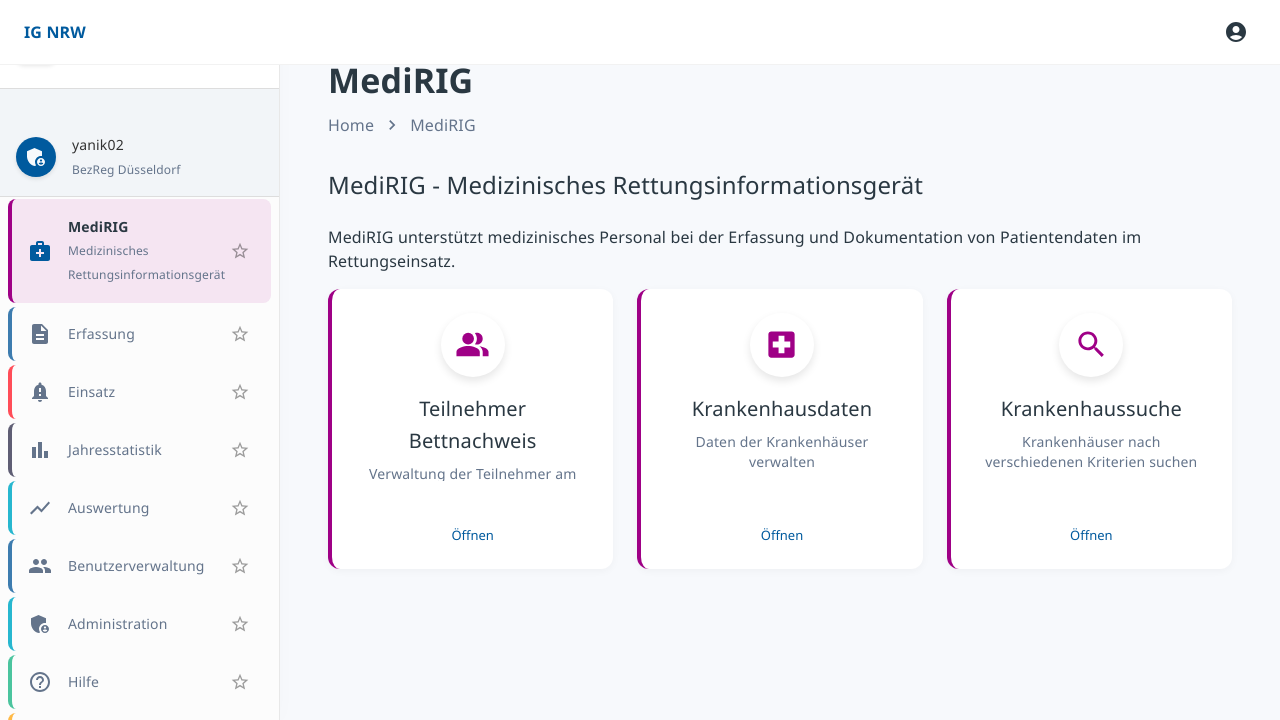
Repository: bynrw/sidebar
Page: /medirig
The author's editor kept a copy of each file at every save. The page is drawn from the files as they stood at one save, then again after the next save.
The browser window is 1280 px wide. The pictures show the whole page.
The project was rebuilt for these pictures with package versions that can differ from the ones it lists, and the page was loaded fresh each time. Also part of the build but not shown: src/components/pages/HomePage.js, src/components/pages/Info.js, src/components/pages/Jahresstatistik.js.

Above is the page before, as saved 2025-04-23 10:45:37.

After the next save:
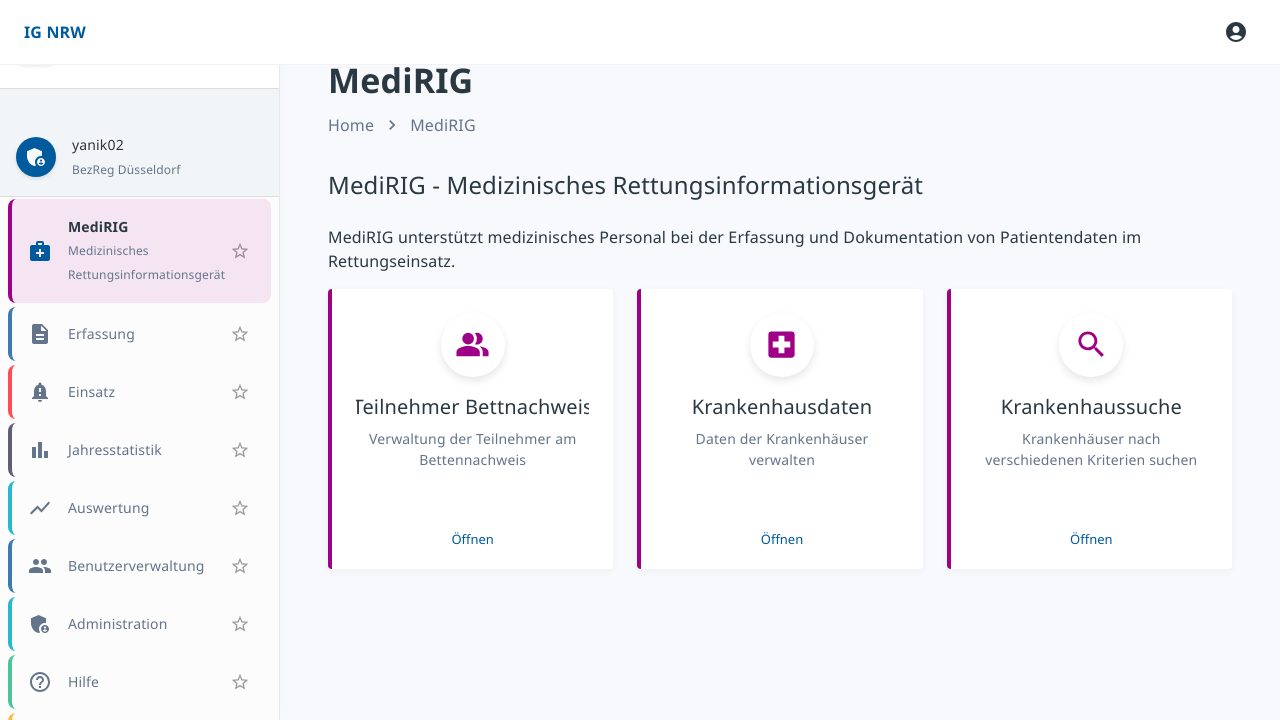
Saved 3 min 13 s later.
--- a/src/components/layout/CustomCard.js
+++ b/src/components/layout/CustomCard.js
@@ -41,8 +41,8 @@ const CustomCard = ({
       sx={{
         display: 'flex',
         flexDirection: 'column',
-        height: '280px', // Feste Höhe statt minHeight
-        width: '100%',
+        height: 280, // Feste Höhe als Zahl für konsistentere Anwendung
+        m: 0, // Keine Margins für konsistentere Größe
         transition: 'transform 0.2s, box-shadow 0.2s',
         '&:hover': {
           transform: 'translateY(-5px)',
@@ -51,19 +51,21 @@ const CustomCard = ({
         cursor: path || onClick ? 'pointer' : 'default',
         borderLeft: '4px solid',
         borderColor: accentColor,
-        position: 'relative' // Für absolute Positionierung des Buttons
+        position: 'relative', // Für absolute Positionierung des Buttons
+        borderRadius: '4px',
+        overflow: 'hidden' // Verhindert jegliches Überlaufen
       }}
       onClick={handleClick}
     >
       <CardContent sx={{
-        padding: 3,
-        flexGrow: 0,  // Verhindert, dass der Inhalt die Höhe verändert
+        p: 3,
+        height: path ? 'calc(100% - 48px)' : '100%', // Feste Höhe, abzüglich der Aktionsleiste falls vorhanden
+        boxSizing: 'border-box', // Wichtig: Padding ist Teil der Höhe
         display: 'flex',
         flexDirection: 'column',
         alignItems: 'center',
         textAlign: 'center',
-        height: path ? 'calc(100% - 48px)' : '100%', // Berücksichtigt Platz für CardActions
-        overflow: 'hidden' // Verhindert Überlauf statt Scrolling
+        overflow: 'hidden' // Verhindert Überlauf
       }}>
         {icon && (
           <Box sx={{
@@ -73,8 +75,9 @@ const CustomCard = ({
             backgroundColor: `${accentColor}15`,  // 15% Transparenz der Akzentfarbe
             borderRadius: '50%',
             padding: '16px',
-            width: '64px',
-            height: '64px',
+            width: 64,
+            height: 64,
+            minHeight: 64, // Verhindert Komprimierung
             alignItems: 'center',
             boxShadow: '0 4px 8px rgba(0,0,0,0.1)'
           }}>
@@ -85,23 +88,43 @@ const CustomCard = ({
           </Box>
         )}
 
-        <Typography variant="h6" component="h2" gutterBottom>
+        <Typography
+          variant="h6"
+          component="h2"
+          gutterBottom
+          sx={{
+            height: 32, // Feste Höhe für den Titel
+            display: 'flex',
+            alignItems: 'center',
+            justifyContent: 'center',
+            lineHeight: 1.2,
+            overflow: 'hidden',
+            textOverflow: 'ellipsis',
+            whiteSpace: 'nowrap',
+            width: '100%'
+          }}
+        >
           {title}
         </Typography>
 
-        <Typography variant="body2" color="text.secondary" sx={{
-          mb: 2,
-          // Falls nötig, Text nach 3 Zeilen abschneiden
-          display: '-webkit-box',
-          overflow: 'hidden',
-          WebkitBoxOrient: 'vertical',
-          WebkitLineClamp: 3
-        }}>
+        <Typography
+          variant="body2"
+          color="text.secondary"
+          sx={{
+            mb: 2,
+            height: 60, // Feste Höhe für 3 Zeilen Text
+            overflow: 'hidden',
+            display: '-webkit-box',
+            WebkitLineClamp: 3,
+            WebkitBoxOrient: 'vertical',
+            lineHeight: 1.5
+          }}
+        >
           {description}
         </Typography>
 
         {stats && (
-          <Box sx={{ width: '100%', mt: 1 }}>
+          <Box sx={{ width: '100%', mt: 1, height: 50 }}>
             <Typography variant="h4" component="div" sx={{ fontWeight: 'bold' }}>
               {stats.value}{stats.unit && <Typography component="span" variant="body2">{stats.unit}</Typography>}
             </Typography>
@@ -123,12 +146,14 @@ const CustomCard = ({
         )}
 
         {additionalInfo && (
-          <Box sx={{ width: '100%', mt: 2 }}>
-            {Object.entries(additionalInfo).map(([key, value]) => (
-              <Typography key={key} variant="body2" sx={{ display: 'flex', justifyContent: 'space-between' }}>
-                <span>{key}:</span>
-                <span>{value}</span>
-              </Typography>
+          <Box sx={{ width: '100%', mt: 2, maxHeight: 60, overflow: 'hidden' }}>
+            {Object.entries(additionalInfo).map(([key, value], idx) => (
+              idx < 3 && (
+                <Typography key={key} variant="body2" sx={{ display: 'flex', justifyContent: 'space-between' }}>
+                  <span>{key}:</span>
+                  <span>{value}</span>
+                </Typography>
+              )
             ))}
           </Box>
         )}
@@ -139,12 +164,18 @@ const CustomCard = ({
       {path && (
         <CardActions sx={{
           justifyContent: 'center',
-          pb: 2,
+          p: 0,
+          pb: 1.5,
           position: 'absolute',
           bottom: 0,
-          width: '100%'
+          width: '100%',
+          height: 48, // Feste Höhe für die Actions-Leiste
+          backgroundColor: 'background.paper'
         }}>
-          <Button size="small" color="primary" onClick={() => navigate(path)}>
+          <Button size="small" color="primary" onClick={(e) => {
+            e.stopPropagation(); // Verhindert doppelte Klick-Ereignisse
+            navigate(path);
+          }}>
             Öffnen
           </Button>
         </CardActions>
